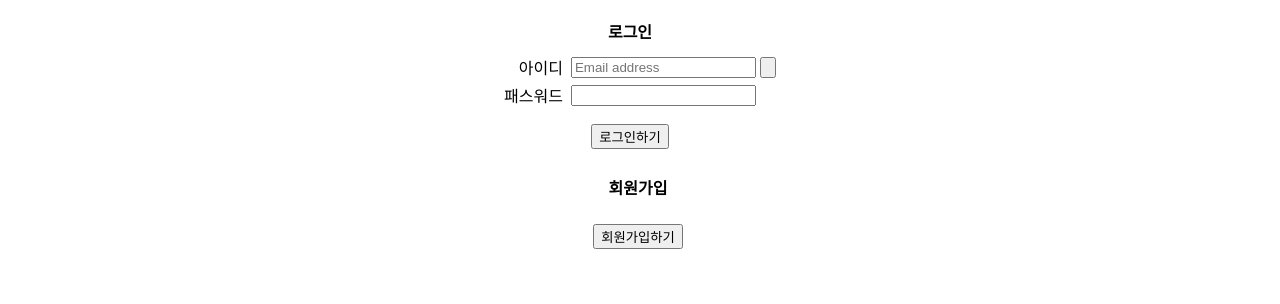
Repository: Dnut0121/2023_JSP
Page: http://localhost/Hello2/loginForm.jsp
The author's editor kept a copy of each file at every save. The page is drawn from the files as they stood at one save, then again after the next save.
The browser window is 1280 px wide. The pictures show the whole page.
The page is served by Tomcat 9.

Above is the page before, as saved 2023-11-29 03:27:05.

After the next save:
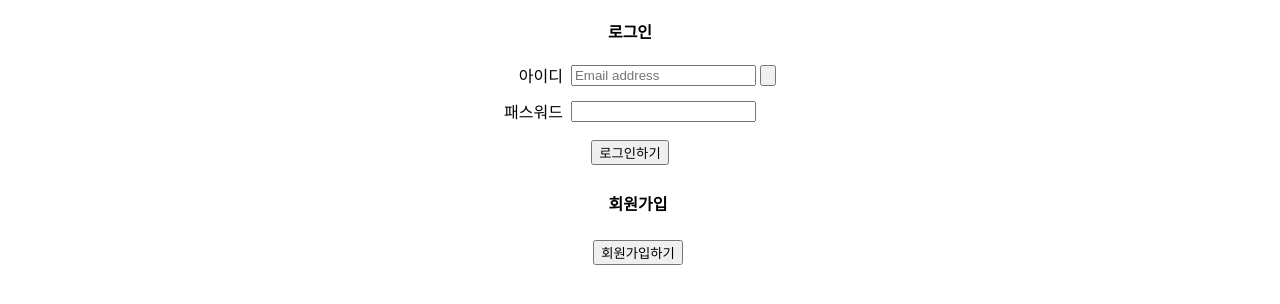
Saved 20 s later.
--- a/201907036_KDH/Hello2/src/main/webapp/loginForm.jsp
+++ b/201907036_KDH/Hello2/src/main/webapp/loginForm.jsp
@@ -12,7 +12,7 @@
 	<tr>
 		<td align=right>아이디&nbsp;</td>
 		<td><input type="text" name="id" placeholder="Email address" required></td>
-		<td><input type="button" vlaue="중복확인" onclick="id_check()"></td>
+		<td height=40><input type="button" vlaue="중복확인" onclick="id_check()"></td>
 <script type = "text/javascript">
 	function id_check(id) {
 		if (id=="") {
